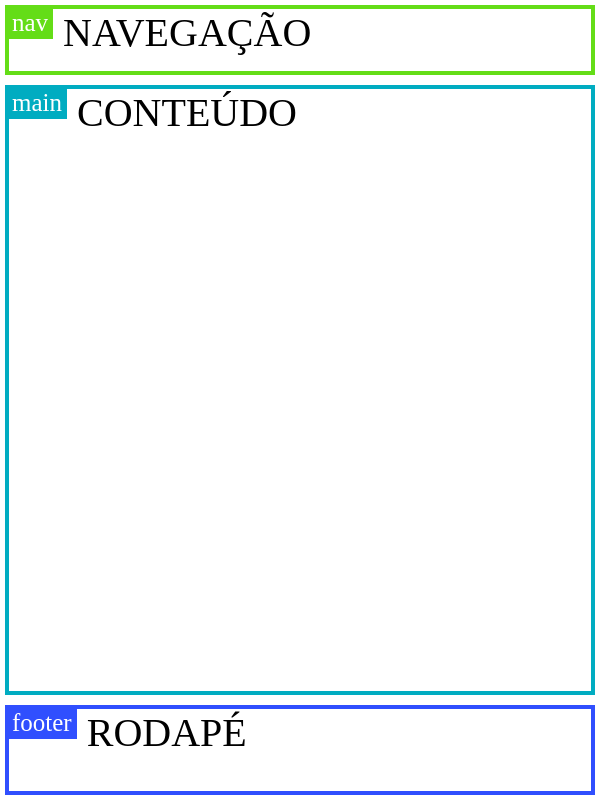
Repository: eversonps/flexbox-grid-css
Page: grid/cssgrid3.html
An editor plug-in stored every save of this project. The page is shown before and after the next save, followed by the edit.
The browser window is 600 px wide. The pictures show the whole page.

Above is the page before, as saved 2022-03-23 16:50:55.

After the next save:
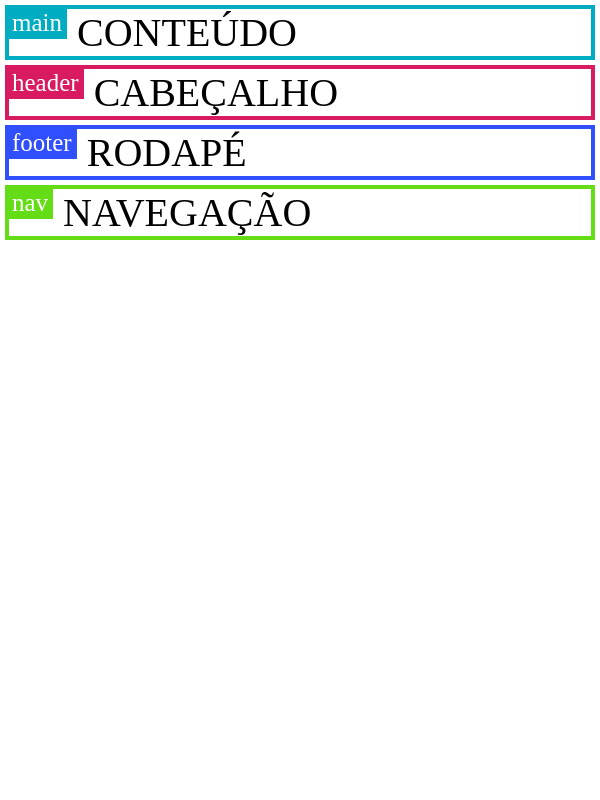
Saved 3 min 8 s later.
--- a/grid/cssgrid3.html
+++ b/grid/cssgrid3.html
@@ -27,26 +27,7 @@
             grid-area: rodape;
         }
 
-        body {
-            display: grid;
-            min-height: 100vh;
-            grid-template-columns: 300px 1fr;
-            grid-template-rows: 100px 1fr 100px;
-            grid-template-areas:
-                'cabecalho cabecalho'
-                'navegacao conteudo'
-                'rodape rodape';
-        }
 
-        @media(max-width: 700px) {
-            body {
-                grid-template-columns: 1fr;
-                grid-template-rows: 80px 1fr 100px;
-                grid-template-areas: 'navegacao' 'conteudo' 'rodape';
-            }
-
-            header { display: none; }
-        }
     </style>
 </head>
 
